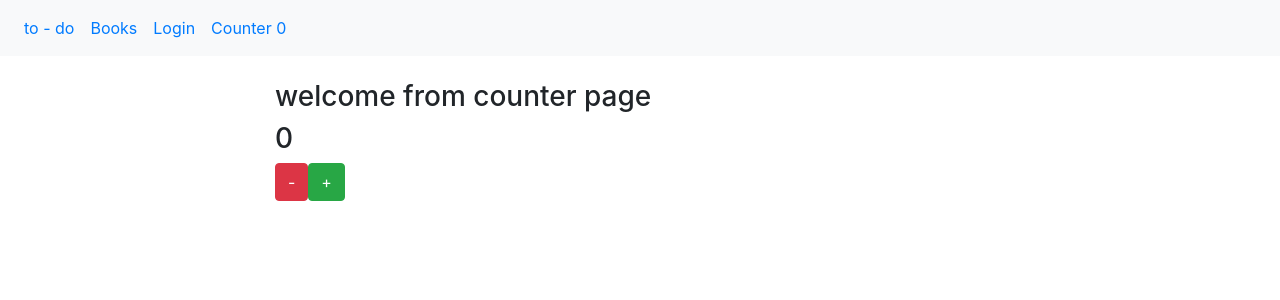
Repository: omniabadry/react-test
Page: /Counter
These files come from the project's save history. The page is drawn as it stood at one moment and after the next save; the edit follows.
The browser window is 1280 px wide. The pictures show the whole page.
The project was rebuilt for these pictures with package versions that can differ from the ones it lists, and the page was loaded fresh each time.

Above is the page before, as saved 2021-02-10 16:00:42.

After the next save:
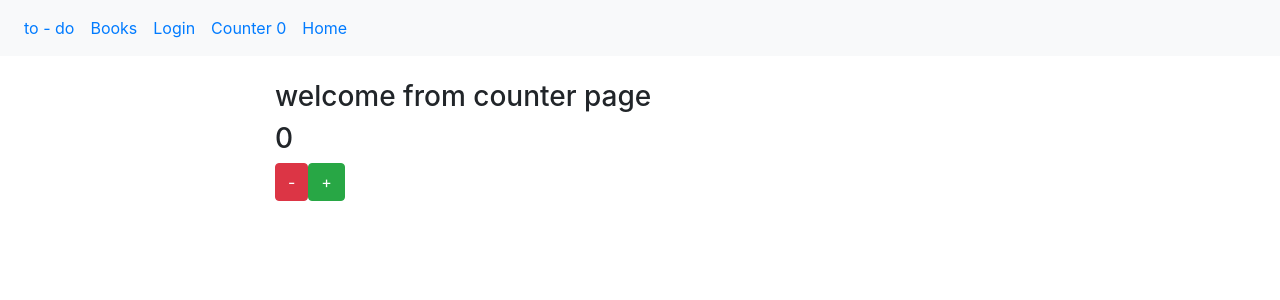
Saved 39 s later.
--- a/src/App.js
+++ b/src/App.js
@@ -7,29 +7,50 @@ import { useSelector } from "react-redux";
 function App() {
     let c = useSelector((state) => state.counterReducer.counter)
 
-    return (
-        <Router>
-        <Navbar color="light" light expand="md" >
-            <NavbarToggler />
-            <Collapse navbar >
-                <Nav className="mr-auto" navbar >
-                    <NavItem>
-                        <NavLink><Link to="/ToDo"> to - do </Link></NavLink >
-                    </NavItem>
-                    <NavItem>
-                        <NavLink > < Link to="/Books" > Books </Link></NavLink>
-                    </NavItem>
-                    <NavItem>
-                        <NavLink> < Link to="/login" > Login </Link></NavLink>
-                    </NavItem>
-                    <NavItem>
-                        <NavLink> < Link to="/counter" > Counter {c} </Link></NavLink>
-                    </NavItem>
-                </Nav>
-            </Collapse>
-        </Navbar>
-        <Routes />
-    </Router>
+    return ( <
+        Router >
+        <
+        Navbar color = "light"
+        light expand = "md" >
+        <
+        NavbarToggler / >
+        <
+        Collapse navbar >
+        <
+        Nav className = "mr-auto"
+        navbar >
+        <
+        NavItem >
+        <
+        NavLink > < Link to = "/ToDo" > to - do </Link></NavLink >
+            <
+            /NavItem> <
+            NavItem >
+            <
+            NavLink > < Link to = "/Books" > Books < /Link></NavLink >
+            <
+            /NavItem> <
+            NavItem >
+            <
+            NavLink > < Link to = "/login" > Login < /Link></NavLink >
+            <
+            /NavItem> <
+            NavItem >
+            <
+            NavLink > < Link to = "/counter" > Counter { c } < /Link></NavLink >
+            <
+            /NavItem> <
+            NavItem >
+            <
+            NavLink > < Link to = "/home" > Home < /Link></NavLink >
+            <
+            /NavItem> <
+            /Nav> <
+            /Collapse> <
+            /Navbar> <
+            Routes / >
+            <
+            /Router>
     );
 }
 
